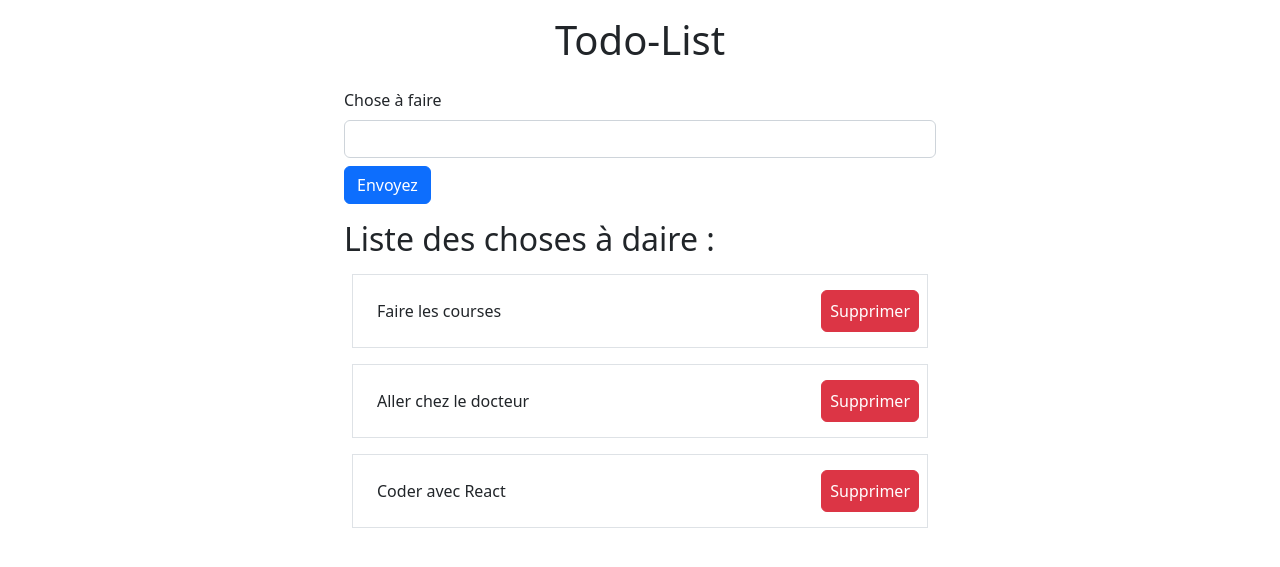
Repository: Michelhof1978/toDoListReact
Page: / (app in APPLICATION/)
An editor plug-in stored every save of this project. The page is shown before and after the next save, followed by the edit.
The browser window is 1280 px wide. The pictures show the whole page.
The project was rebuilt for these pictures with package versions that can differ from the ones it lists, and the page was loaded fresh each time.

Above is the page before, as saved 2023-05-17 17:20:41.

After the next save:
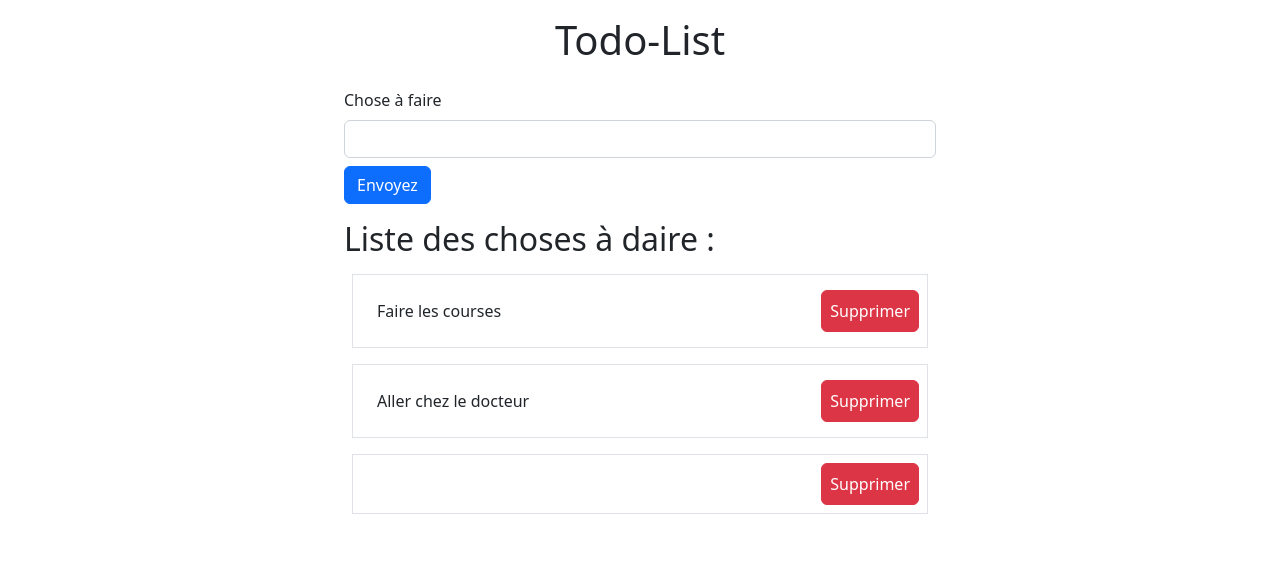
Saved 8 s later.
--- a/APPLICATION/src/Components/Form.js
+++ b/APPLICATION/src/Components/Form.js
@@ -8,7 +8,7 @@ export default function Form(){
     const [dataArray, setDataArray] = useState([//Création du state sous forme de tableau
         {txt: "Faire les courses" , id: uuidv4()}, //On execute uuid pour que les items par la suite soient bien indexés et avoir un Id unique
         {txt: "Aller chez le docteur" , id: uuidv4()},//L'Id unique sera sous forme '9b1deb4d-3b7d-4bad-9bdd-2b0d7b3dcb6d'
-        {txt: "Coder avec React" , id: uuidv4()},
+        {txt: "" , id: uuidv4()},
     ])
 
     // -------------------------------------------------------------------------------------------------------------------------
